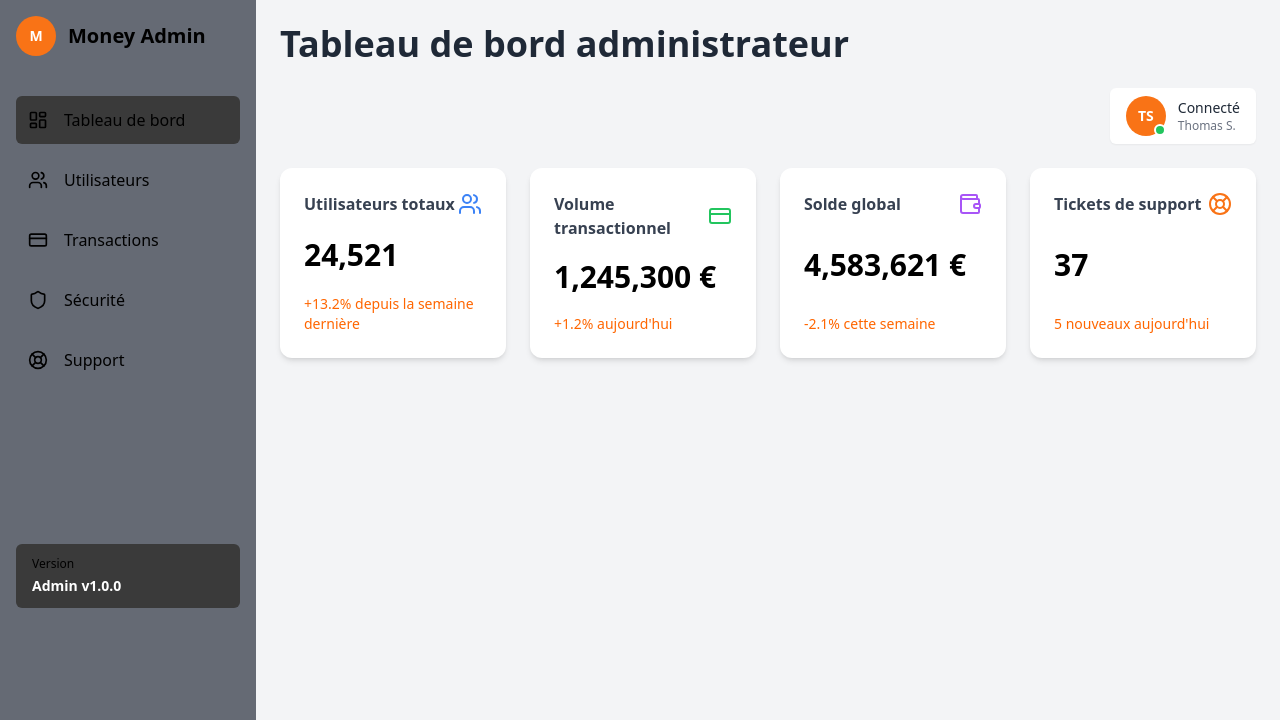
Repository: Edongo999/Dashboard
Page: /
An editor plug-in stored every save of this project. The page is shown before and after the next save, followed by the edit.
The browser window is 1280 px wide. The pictures show the whole page.
The project was rebuilt for these pictures with package versions that can differ from the ones it lists, and the page was loaded fresh each time. Also part of the build but not shown: vite.config.ts.

Above is the page before, as saved 2025-10-13 14:28:33.

### index.html
<!doctype html>
<html lang="en">
  <head>
    <meta charset="UTF-8" />
    <link rel="icon" type="image/svg+xml" href="/vite.svg" />
    <meta name="viewport" content="width=device-width, initial-scale=1.0" />
    <title>mon_dashboard</title>
  </head>
  <body>
    <div id="root"></div>
    <script type="module" src="/src/main.tsx"></script>
  </body>
</html>

### src/App.tsx
import Sidebar from "./components/Sidebar"
import StatBlock from "./components/StatBlock"
import { Users, CreditCard, Wallet, LifeBuoy } from "lucide-react"

const App = () => {
  const kpis = [
    {
      title: "Utilisateurs totaux",
      value: "24,521",
      subtext: "+13.2% depuis la semaine dernière",
      icon: <Users />,
      iconColor: "text-blue-500"
    },
    {
      title: "Volume transactionnel",
      value: "1,245,300 €",
      subtext: "+1.2% aujourd'hui",
      icon: <CreditCard />,
      iconColor: "text-green-500"
    },
    {
      title: "Solde global",
      value: "4,583,621 €",
      subtext: "-2.1% cette semaine",
      icon: <Wallet />,
      iconColor: "text-purple-500"
    },
    {
      title: "Tickets de support",
      value: "37",
      subtext: "5 nouveaux aujourd'hui",
      icon: <LifeBuoy />,
      iconColor: "text-orange-500"
    }
  ]

  return (
    <div className="flex min-h-screen">
      <Sidebar />
      <main
        className="flex-1 overflow-auto p-6"
        style={{ backgroundColor: "#F3F4F6" }}
      >
        <h1
          className="text-4xl font-bold mb-6"
          style={{ color: "#1F2937" }}
        >
          Tableau de bord administrateur
        </h1>
        {/* Bloc utilisateur connecté */}
<div className="flex justify-end items-center mb-6">
  <div className="flex items-center gap-3 bg-white px-4 py-2 rounded-md shadow-sm">
    {/* Avatar */}
    <div className="relative">
      <div className="w-10 h-10 rounded-full bg-orange-500 text-white flex items-center justify-center font-bold text-sm">
        TS
      </div>
      {/* Point vert */}
      <span className="absolute bottom-0 right-0 w-3 h-3 rounded-full border-2 border-white bg-green-500" />
    </div>

    {/* Texte à côté */}
    <div>
      <p className="text-sm font-medium text-gray-800">Connecté</p>
      <p className="text-xs text-gray-500">Thomas S.</p>
    </div>
  </div>
</div>


        {/* Cartes KPI responsive */}
        <div className="grid grid-cols-1 sm:grid-cols-2 lg:grid-cols-4 gap-6 mb-6">
          {kpis.map((kpi, i) => (
            <StatBlock key={i} {...kpi} />
          ))}
        </div>
      </main>
    </div>
  )
}

export default App

### src/components/Sidebar.tsx
import {
  LayoutDashboard,
  Users,
  CreditCard,
  Shield,
  LifeBuoy,
  Menu
} from "lucide-react"
import { useState } from "react"

const Sidebar = () => {
  const [open, setOpen] = useState(false)
  const [active, setActive] = useState("Tableau de bord")

  const menuItems = [
    { label: "Tableau de bord", icon: <LayoutDashboard size={20} /> },
    { label: "Utilisateurs", icon: <Users size={20} /> },
    { label: "Transactions", icon: <CreditCard size={20} /> },
    { label: "Sécurité", icon: <Shield size={20} /> },
    { label: "Support", icon: <LifeBuoy size={20} /> }
  ]

  return (
    <>
      {/* Bouton hamburger mobile */}
      <button
        className="lg:hidden fixed top-4 left-4 z-50 bg-white p-2 rounded-md shadow-md"
        onClick={() => setOpen(!open)}
      >
        <Menu className="text-gray-800" />
      </button>

      {/* Sidebar */}
      <aside
        className={`fixed top-0 left-0 w-64 h-screen bg-[#656A74] text-neutral-content flex flex-col justify-between p-4 z-40 transition-transform duration-300 ${
          open ? "translate-x-0" : "-translate-x-full"
        } lg:translate-x-0 lg:static lg:block`}
        style={{ opacity: 1 }}
      >
        {/* Haut : logo */}
        <div>
          <div className="flex items-center gap-3 mb-10">
            <div className="bg-orange-500 text-white rounded-full w-10 h-10 flex items-center justify-center font-bold text-sm shrink-0">
              M
            </div>
            <span className="text-xl font-semibold whitespace-nowrap">Money Admin</span>
          </div>

          {/* Menu */}
          <ul className="space-y-3">
            {menuItems.map((item) => (
              <li key={item.label}>
                <a
                  onClick={() => setActive(item.label)}
                  className={`flex items-center gap-4 py-3 px-3 text-[16px] rounded-md transition-all duration-300 ${
                    active === item.label
                      ? "bg-[#3A3A3A]"
                      : "hover:bg-neutral-600 hover:scale-[1.02]"
                  }`}
                >
                  {item.icon}
                  {item.label}
                </a>
              </li>
            ))}
          </ul>
        </div>

        {/* Bloc version */}
        <div className="mt-40">
          <div className="bg-[#3A3A3A] rounded-md px-4 py-3 text-xs text-neutral-content/70">
            <p className="mb-1">Version</p>
            <span className="font-semibold text-sm text-white">Admin v1.0.0</span>
          </div>
        </div>
      </aside>
    </>
  )
}

export default Sidebar

### src/components/StatBlock.tsx
import { motion } from "framer-motion"

type StatBlockProps = {
  title: string
  value: string
  subtext: string
  icon: React.ReactNode
  iconColor: string
}

const StatBlock = ({ title, value, subtext, icon, iconColor }: StatBlockProps) => {
  return (
    <motion.div
      initial={{ opacity: 0, y: 30 }}
      animate={{ opacity: 1, y: 0 }}
      whileHover={{ scale: 1.03, y: -5 }}
      transition={{ duration: 0.3, ease: "easeOut" }}
      className="bg-white shadow-md p-6 rounded-[12px] flex flex-col justify-between w-full max-w-[240px] h-[190px]"
    >
      <div className="flex justify-between items-center">
        <h3 className="text-base font-semibold text-gray-700">{title}</h3>
        <div className={`text-2xl ${iconColor}`}>{icon}</div>
      </div>
      <p className="text-3xl font-bold mt-2 text-black">{value}</p>
      <p className="text-sm mt-2 text-[#FF6600] font-medium">{subtext}</p>
    </motion.div>
  )
}

export default StatBlock

### tailwind.config.js
/** @type {import('tailwindcss').Config} */
module.exports = {
  content: ["./src/**/*.{js,jsx,ts,tsx}"],
  theme: { extend: {} },
  plugins: [require("daisyui")],
  daisyui: {
    themes: [
      {
        mytheme: {
          "primary": "#570df8",
          "secondary": "#f000b8",
          "accent": "#37cdbe",
          "neutral": "#3d4451",
          "base-100": "#F3F4F6", // <-- couleur de fond principale pour tout le dashboard
          "base-200": "#e5e7eb", // pour cartes ou sections légèrement plus foncées
          "base-300": "#d1d5db", // pour éléments encadrés
          "base-content": "#111827", // couleur du texte principal
          "info": "#3ABFF8",
          "success": "#36D399",
          "warning": "#FBBD23",
          "error": "#F87272",
        },
      },
    ],
  },
};

Loaded but not shown: src/main.tsx (common file); src/index.css (common file)

After the next save:
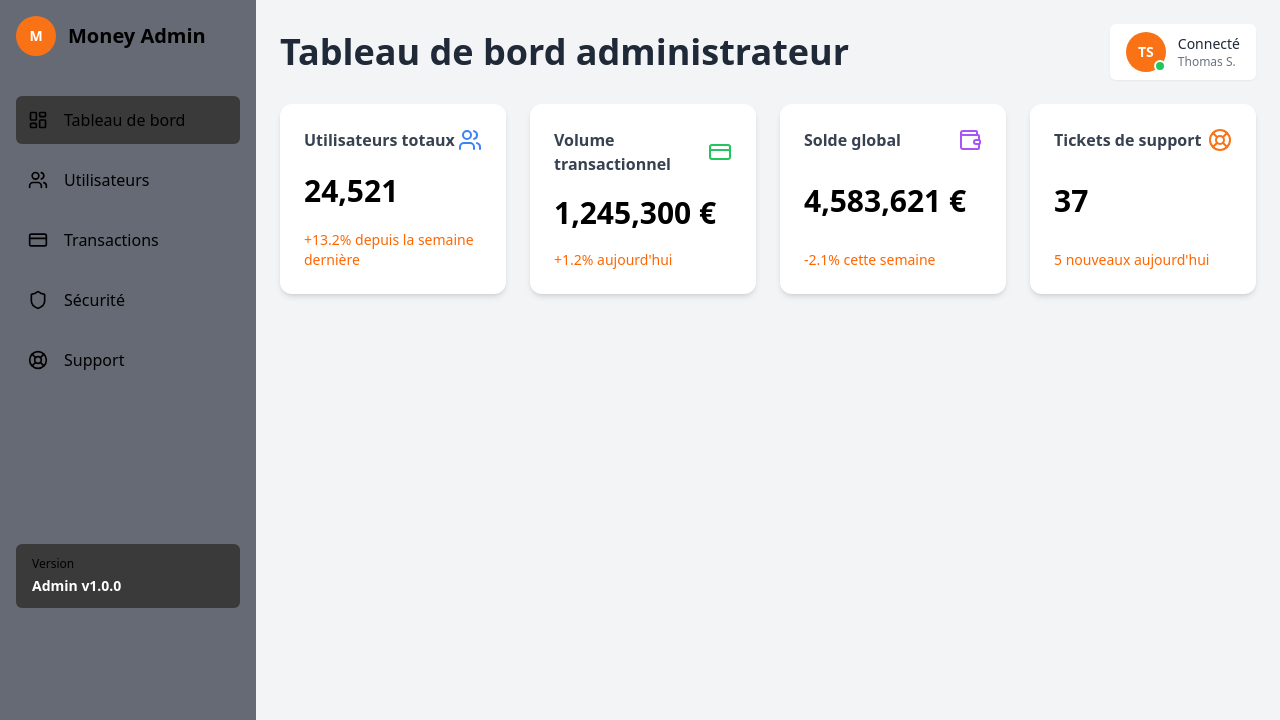
Saved 3 min 46 s later.
--- a/src/App.tsx
+++ b/src/App.tsx
@@ -41,32 +41,27 @@ const App = () => {
         className="flex-1 overflow-auto p-6"
         style={{ backgroundColor: "#F3F4F6" }}
       >
-        <h1
-          className="text-4xl font-bold mb-6"
-          style={{ color: "#1F2937" }}
-        >
-          Tableau de bord administrateur
-        </h1>
-        {/* Bloc utilisateur connecté */}
-<div className="flex justify-end items-center mb-6">
-  <div className="flex items-center gap-3 bg-white px-4 py-2 rounded-md shadow-sm">
-    {/* Avatar */}
-    <div className="relative">
-      <div className="w-10 h-10 rounded-full bg-orange-500 text-white flex items-center justify-center font-bold text-sm">
-        TS
-      </div>
-      {/* Point vert */}
-      <span className="absolute bottom-0 right-0 w-3 h-3 rounded-full border-2 border-white bg-green-500" />
-    </div>
+        {/* Ligne titre + bloc connecté */}
+        <div className="flex items-center justify-between mb-6">
+          {/* Titre */}
+          <h1 className="text-4xl font-bold text-gray-800">
+            Tableau de bord administrateur
+          </h1>
 
-    {/* Texte à côté */}
-    <div>
-      <p className="text-sm font-medium text-gray-800">Connecté</p>
-      <p className="text-xs text-gray-500">Thomas S.</p>
-    </div>
-  </div>
-</div>
-
+          {/* Bloc connecté */}
+          <div className="flex items-center gap-3 bg-white px-4 py-2 rounded-md shadow-sm">
+            <div className="relative">
+              <div className="w-10 h-10 rounded-full bg-orange-500 text-white flex items-center justify-center font-bold text-sm">
+                TS
+              </div>
+              <span className="absolute bottom-0 right-0 w-3 h-3 rounded-full border-2 border-white bg-green-500" />
+            </div>
+            <div>
+              <p className="text-sm font-medium text-gray-800">Connecté</p>
+              <p className="text-xs text-gray-500">Thomas S.</p>
+            </div>
+          </div>
+        </div>
 
         {/* Cartes KPI responsive */}
         <div className="grid grid-cols-1 sm:grid-cols-2 lg:grid-cols-4 gap-6 mb-6">
